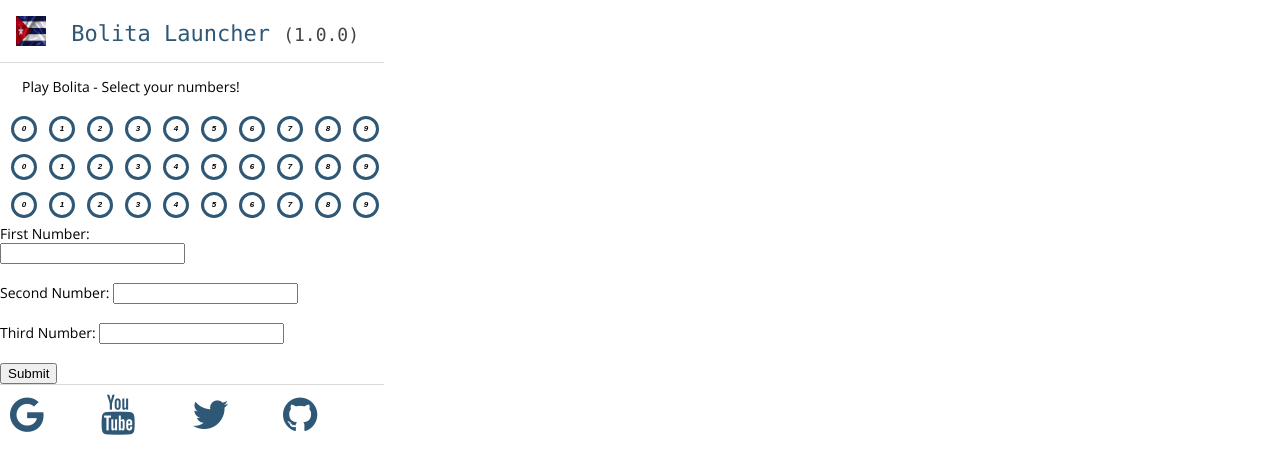
Repository: markymark617/BolitaChromeExtension
Page: popup.html
These files come from the project's save history. The page is drawn as it stood at one moment and after the next save; the edit follows.
The browser window is 1280 px wide. The pictures show the whole page.

Above is the page before, as saved 2020-09-06 14:24:03.

### popup.html
<!DOCTYPE html>
<html lang="en">
<head>
    <meta charset="UTF-8">
    <meta name="viewport" content="width=device-width, initial-scale=1.0">
    <meta http-equiv="X-UA-Compatible" content="ie=chrome">
    <title>Bolita Launcher</title>
    <link rel="stylesheet" href="https://fonts.googleapis.com/css?family=Open+Sans" type="text/css">
    <link rel="stylesheet" href="popup.css">
    <link href="https://maxcdn.bootstrapcdn.com/font-awesome/4.7.0/css/font-awesome.min.css" rel="stylesheet" integrity="sha384-wvfXpqpZZVQGK6TAh5PVlGOfQNHSoD2xbE+QkPxCAFlNEevoEH3Sl0sibVcOQVnN" crossorigin="anonymous"/>

</head>

<body>
    <div class="modal-header">
        <h1 class="logo">
            <img src="images/bolita_logo.png" alt="Bolita_Launcher_logo" class="logo-icon"> Bolita Launcher <span class="version">(1.0.0)</span>
        </h1>
    </div>
    <div class="modal-content">
        <p>Play Bolita - Select your numbers!</p>
    </div>


    <div class="ball-icons">

        <div class="flex-container paddedDiv firstBet" id="firstRow">

            <button id="first-zero" value='0' class="btnFirstBet">
                <div class="flex circle">
                    <div class="fa-stack fa-2x">
                        <i class="fa fa-stack-2x fa-inverse"></i>
                        <i class="fa-stack-1x fa-stack-text">0</i>
                    </div>
                </div>
            </button>

            <button id="first-one" value='1' class="btnFirstBet">
                <div class="flex circle">
                    <div class="fa-stack fa-2x">
                        <i class="fa fa-stack-2x fa-inverse"></i>
                        <i class="fa-stack-1x fa-stack-text">1</i>
                    </div>
                </div>
            </button>


            <button id="first-two" value='2' class="btnFirstBet">
                <div class="flex circle">
                    <div class="fa-stack fa-2x">
                        <i class="fa fa-stack-2x fa-inverse"></i>
                        <i class="fa-stack-1x fa-stack-text">2</i>
                    </div>
                </div>
            </button>


            <button id="first-three" value='3' class="btnFirstBet">
                <div class="flex circle">
                    <div class="fa-stack fa-2x">
                        <i class="fa fa-stack-2x fa-inverse"></i>
                        <i class="fa-stack-1x fa-stack-text">3</i>
                    </div>
                </div>
            </button>


            <button id="first-four" value='4' class="btnFirstBet">
                <div class="flex circle">
                    <div class="fa-stack fa-2x">
                        <i class="fa fa-stack-2x fa-inverse"></i>
                        <i class="fa-stack-1x fa-stack-text">4</i>
                    </div>
                </div>
            </button>


            <button id="first-five" value='5' class="btnFirstBet">
                <div class="flex circle">
                    <div class="fa-stack fa-2x">
                        <i class="fa fa-stack-2x fa-inverse"></i>
                        <i class="fa-stack-1x fa-stack-text">5</i>
                    </div>
                </div>
            </button>


            <button id="first-six" value='6' class="btnFirstBet">
                <div class="flex circle">
                    <div class="fa-stack fa-2x">
                        <i class="fa fa-stack-2x fa-inverse"></i>
                        <i class="fa-stack-1x fa-stack-text">6</i>
                    </div>
                </div>
            </button>


            <button id="first-seven" value='7' class="btnFirstBet">
                <div class="flex circle">
                    <div class="fa-stack fa-2x">
                        <i class="fa fa-stack-2x fa-inverse"></i>
                        <i class="fa-stack-1x fa-stack-text">7</i>
                    </div>
                </div>
            </button>


            <button id="first-eight" value='8' class="btnFirstBet">
                <div class="flex circle">
                    <div class="fa-stack fa-2x">
                        <i class="fa fa-stack-2x fa-inverse"></i>
                        <i class="fa-stack-1x fa-stack-text">8</i>
                    </div>
                </div>
            </button>


            <button id="first-nine" value='9' class="btnFirstBet">
                    <div class="flex circle">
                        <div class="fa-stack fa-2x">
                                <i class="fa fa-stack-2x fa-inverse"></i>
                                <i class="fa-stack-1x fa-stack-text">9</i>
                        </div>
                    </div>
            </button>

        </div>

<!-- second row-->

        <div class="flex-container paddedDiv secondBet" id="secondRow">

            <button id="second-zero" value='0' class="btnSecondBet">
                <div class="flex circle">
                    <div class="fa-stack fa-2x">
                        <i class="fa fa-stack-2x fa-inverse"></i>
                        <i class="fa-stack-1x fa-stack-text">0</i>
                    </div>
                </div>
            </button>

            <button id="second-one" value='1' class="btnSecondBet">
                <div class="flex circle">
                    <div class="fa-stack fa-2x">
                        <i class="fa fa-stack-2x fa-inverse"></i>
                        <i class="fa-stack-1x fa-stack-text">1</i>
                    </div>
                </div>
            </button>


            <button id="second-two" value='2' class="btnSecondBet">
                <div class="flex circle">
                    <div class="fa-stack fa-2x">
                        <i class="fa fa-stack-2x fa-inverse"></i>
                        <i class="fa-stack-1x fa-stack-text">2</i>
                    </div>
                </div>
            </button>


            <button id="second-three" value='3' class="btnSecondBet">
                <div class="flex circle">
                    <div class="fa-stack fa-2x">
                        <i class="fa fa-stack-2x fa-inverse"></i>
                        <i class="fa-stack-1x fa-stack-text">3</i>
                    </div>
                </div>
            </button>


            <button id="second-four" value='4' class="btnSecondBet">
                <div class="flex circle">
                    <div class="fa-stack fa-2x">
                        <i class="fa fa-stack-2x fa-inverse"></i>
                        <i class="fa-stack-1x fa-stack-text">4</i>
                    </div>
                </div>
            </button>


            <button id="second-five" value='5' class="btnSecondBet">
                <div class="flex circle">
                    <div class="fa-stack fa-2x">
                        <i class="fa fa-stack-2x fa-inverse"></i>
                        <i class="fa-stack-1x fa-stack-text">5</i>
                    </div>
                </div>
            </button>


            <button id="second-six" value='6' class="btnSecondBet">
                <div class="flex circle">
                    <div class="fa-stack fa-2x">
                        <i class="fa fa-stack-2x fa-inverse"></i>
                        <i class="fa-stack-1x fa-stack-text">6</i>
                    </div>
                </div>
            </button>


            <button id="second-seven" value='7' class="btnSecondBet">
                <div class="flex circle">
                    <div class="fa-stack fa-2x">
                        <i class="fa fa-stack-2x fa-inverse"></i>
                        <i class="fa-stack-1x fa-stack-text">7</i>
                    </div>
                </div>
            </button>



            <button id="second-eight" value='8' class="btnSecondBet">
                <div class="flex circle">
                    <div class="fa-stack fa-2x">
                        <i class="fa fa-stack-2x fa-inverse"></i>
                        <i class="fa-stack-1x fa-stack-text">8</i>
                    </div>
                </div>
            </button>


            <button id="second-nine" value='9' class="btnSecondBet">
                    <div class="flex circle">
                        <div class="fa-stack fa-2x">
                                <i class="fa fa-stack-2x fa-inverse"></i>
                                <i class="fa-stack-1x fa-stack-text">9</i>
                        </div>
                    </div>
            </button>

        </div>

<!--Third Row-->

        <div class="flex-container paddedDiv thirdBet" id="thirdRow">

                <button id="third-zero" value='0' class="btnThirdBet">
                    <div class="flex circle">
                        <div class="fa-stack fa-2x">
                            <i class="fa fa-stack-2x fa-inverse"></i>
                            <i class="fa-stack-1x fa-stack-text">0</i>
                        </div>
                    </div>
                </button>

                <button id="third-one" value='1' class="btnThirdBet">
                    <div class="flex circle">
                        <div class="fa-stack fa-2x">
                            <i class="fa fa-stack-2x fa-inverse"></i>
                            <i class="fa-stack-1x fa-stack-text">1</i>
                        </div>
                    </div>
                </button>


                <button id="third-two" value='2' class="btnThirdBet">
                    <div class="flex circle">
                        <div class="fa-stack fa-2x">
                            <i class="fa fa-stack-2x fa-inverse"></i>
                            <i class="fa-stack-1x fa-stack-text">2</i>
                        </div>
                    </div>
                </button>


                <button id="third-three" value='3' class="btnThirdBet">
                    <div class="flex circle">
                        <div class="fa-stack fa-2x">
                            <i class="fa fa-stack-2x fa-inverse"></i>
                            <i class="fa-stack-1x fa-stack-text">3</i>
                        </div>
                    </div>
                </button>


                <button id="third-four" value='4' class="btnThirdBet">
                    <div class="flex circle">
                        <div class="fa-stack fa-2x">
                            <i class="fa fa-stack-2x fa-inverse"></i>
                            <i class="fa-stack-1x fa-stack-text">4</i>
                        </div>
                    </div>
                </button>


                <button id="third-five" value='5' class="btnThirdBet">
                    <div class="flex circle">
                        <div class="fa-stack fa-2x">
                            <i class="fa fa-stack-2x fa-inverse"></i>
                            <i class="fa-stack-1x fa-stack-text">5</i>
                        </div>
                    </div>
                </button>


                <button id="third-six" value='6' class="btnThirdBet">
                    <div class="flex circle">
                        <div class="fa-stack fa-2x">
                            <i class="fa fa-stack-2x fa-inverse"></i>
                            <i class="fa-stack-1x fa-stack-text">6</i>
                        </div>
                    </div>
                </button>


                <button id="third-seven" value='7' class="btnThirdBet">
                    <div class="flex circle">
                        <div class="fa-stack fa-2x">
                            <i class="fa fa-stack-2x fa-inverse"></i>
                            <i class="fa-stack-1x fa-stack-text">7</i>
                        </div>
                    </div>
                </button>



                <button id="third-eight" value='8' class="btnThirdBet">
                    <div class="flex circle">
                        <div class="fa-stack fa-2x">
                            <i class="fa fa-stack-2x fa-inverse"></i>
                            <i class="fa-stack-1x fa-stack-text">8</i>
                        </div>
                    </div>
                </button>


                <button id="third-nine" value='9' class="btnThirdBet">
                        <div class="flex circle">
                            <div class="fa-stack fa-2x">
                                    <i class="fa fa-stack-2x fa-inverse"></i>
                                    <i class="fa-stack-1x fa-stack-text">9</i>
                            </div>
                        </div>
                </button>

            </div>








    </div>




    <div class="modal-output">

            <form action="results.html" method="GET">
                <div class="row">
                    <label for="firstBetInput">First Number:</label><br>
                    <input type="text" id="firstBetInput" name="firstBetInput"><br><br>
                    <label for="secondBetInput">Second Number:</label>
                    <input type="text" id="secondBetInput" name="secondBetInput"><br><br>
                    <label for="thirdBetInput">Third Number:</label>
                    <input type="text" id="thirdBetInput" name="thirdBetInput"><br><br>

                </div>

                    <input type="submit" value="Submit">
            </form>
        </div>

    <div class="modal-icons">
        <div class="flex-container">
            <div class="flex">
                <a href="https://www.google.com" target="_blank">
                    <i class="fa fa-google"></i>
                </a>
            </div>

            <div class="flex">
                <a href="https://www.youtube.com" target="_blank">
                    <i class="fa fa-youtube"></i>
                </a>
            </div>

            <div class="flex">
                <a href="https://www.twitter.com" target="_blank">
                    <i class="fa fa-twitter"></i>
                </a>
            </div>

            <div class="flex">
                <a href="https://www.github.com" target="_blank">
                    <i class="fa fa-github"></i>
                </a>
            </div>
        </div>
    </div>








    <script src="popup.js"></script>
</body>
</html>

### popup.css

    html,
    body {
        font-family : 'Open Sans', sans-serif;
        font-size: 14px;
        margin: 0;
        min-height: 180px;
        padding: 0;
        width: 384px;
    }

    h1 {
        font-family: 'Menlo', monospace;
        font-size: 22px;
        font-weight: 400;
        margin: 0;
        color: #2f5876;
    }

    a:link, a:visited {
        color: #000;
        outline: 0;
        text-decoration: none;
    }

    img {
        width: 30px;

    }

    .modal-header {
        align-items: center;
        border-bottom: 0.5px solid #dadada;
    }

    .modal-content {
        padding: 0 22px;
        align-items: center;
    }

    .modal-icons {
        border-top: 0.5px solid #dadada;
        height: 50px;
        width: 100%;
    }

    .logo {
        padding: 16px;
    }

    .logo-icon {
        vertical-align: text-bottom;
        margin-right: 12px;
    }

    .version {
        color: #444;
        font-size: 18px;
    }

    .flex-container {
        display: flex;
        justify-content: space-between;
        padding: 10px 10px;
    }

    .flex {
        opacity: 1;
        transition: opacity 0.2s ease-in-out;
        width: 120px
    }

    .flex:hover {
        opacity: 0.4;
    }

    .flex .fa {
        font-size: 40px;
        color: #2f5876;
    }

    .fa-stack-text {
        font-size: 8px;
        border:none;
        align-items: center;
        font-weight:bold;
    }

    .circle {
        display: flex;
        border: 3px solid #2f5876;
        border-radius: 100%;
        width: 20px;
        height: 20px;
        justify-content: center;
        align-items: center;

    }

    button {
        background: transparent;
        border:0;
        outline:none;

    }

    .paddedDiv {
        padding: 5px;
    }

    .column {
        float: left;
        width: 50%;
      }

      /* Clear floats after the columns */
      .row:after {
        content: "";
        display: table;
        clear: both;
      }

### popup.js

document.querySelectorAll(".btnFirstBet").forEach(item => {
    item.addEventListener('click', event => {
        //handle click


        document.querySelectorAll(".btnFirstBet").forEach(item => {

                item.classList.remove("active");
                item.style.opacity=1;

        })

        item.style.opacity= 0.4;
        item.classList.add("active");

        //only 1 can be active at any given time

    })
});


document.querySelectorAll(".btnSecondBet").forEach(item => {
    item.addEventListener('click', event => {
        //handle click


        document.querySelectorAll(".btnSecondBet").forEach(item => {

                item.classList.remove("active");
                item.style.opacity=1;

        })

        item.style.opacity= 0.4;
        item.classList.add("active");

        //only 1 can be active at any given time

    })
});


document.querySelectorAll(".btnThirdBet").forEach(item => {
    item.addEventListener('click', event => {
        //handle click


        document.querySelectorAll(".btnThirdBet").forEach(item => {

                item.classList.remove("active");
                item.style.opacity=1;

        })

        item.style.opacity= 0.4;
        item.classList.add("active");

        //only 1 can be active at any given time

    })
});



/*


[document.querySelectorAll(".firstBet"), document.querySelector('.btnFirstBet')].forEach(item => {
    item.addEventListener('click', event => {
        //handle click
        item.style.opacity= 0.4;
        item.addClass("active");
    })
});


var elements = document.getElementsByClassName(".btnFirstBet");

[].forEach.call(elements, function(currElement) {
    currElemen
    currElement.style.opacity= 0.4;
    currElement.classList.add("active");
    console.log(currElement.tagName);
});


document.getElementsByClassName(".btnFirstBet").forEach(item => {
    item.addEventListener('click', event => {
        //handle click
        item.style.opacity= 0.4;
       // element.classList.add("active");
    })
})










var elements = document.querySelectorAll('.btnFirstBet');
for (var i = 0; i < elements.length; i++) {
    elements[i].classList.remove("active");
    elements[i].onclick = function (event) {
        console.log("ONCLICK");
        //remove all active class
        removeClass();
        if (event.elements[i].innerHTML === this.innerHTML) {
            console.log("IN IF");
            this.classList.add("active");
        }
    }
}

function removeClass(){
  for (var i = 0; i < elements.length; i++) {
    elements[i].classList.remove("active");
  }
}








*/

After the next save:
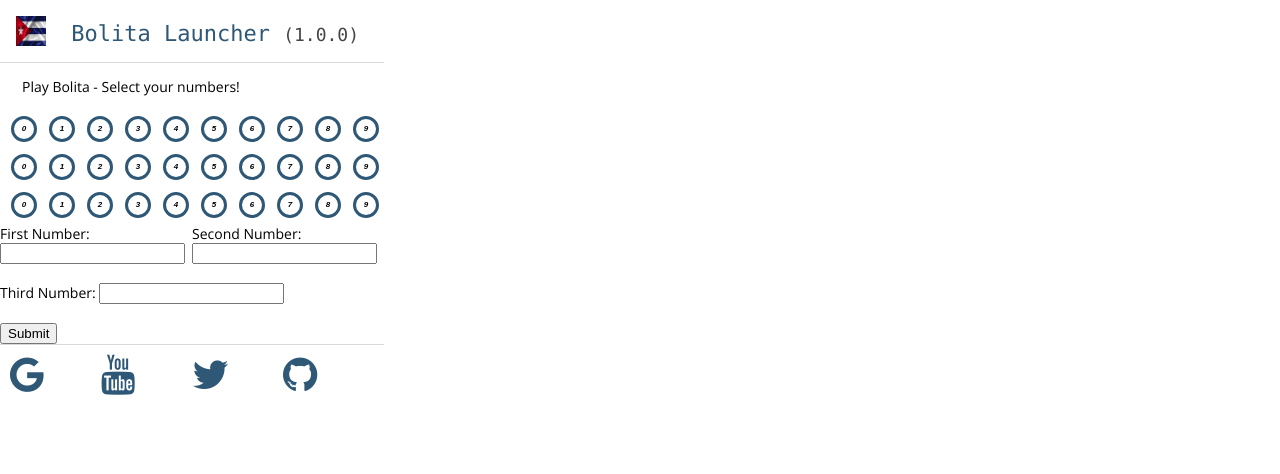
Saved 2 s later.
--- a/popup.html
+++ b/popup.html
@@ -352,13 +352,18 @@
 
             <form action="results.html" method="GET">
                 <div class="row">
-                    <label for="firstBetInput">First Number:</label><br>
-                    <input type="text" id="firstBetInput" name="firstBetInput"><br><br>
-                    <label for="secondBetInput">Second Number:</label>
-                    <input type="text" id="secondBetInput" name="secondBetInput"><br><br>
-                    <label for="thirdBetInput">Third Number:</label>
-                    <input type="text" id="thirdBetInput" name="thirdBetInput"><br><br>
-
+                    <div class="column">
+                        <label for="firstBetInput">First Number:</label><br>
+                        <input type="text" id="firstBetInput" name="firstBetInput"><br><br>
+                    </div>
+                    <div class="column"></div>
+                        <label for="secondBetInput">Second Number:</label>
+                        <input type="text" id="secondBetInput" name="secondBetInput"><br><br>
+                    </div>
+                    <div class="column"></div>
+                        <label for="thirdBetInput">Third Number:</label>
+                        <input type="text" id="thirdBetInput" name="thirdBetInput"><br><br>
+                    </div>
                 </div>
 
                     <input type="submit" value="Submit">
